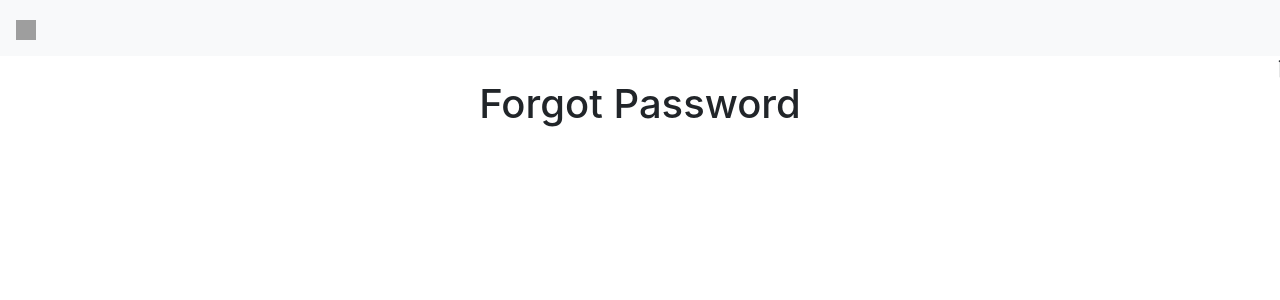
Repository: siri548/Karyakartha
Page: forgotPage.html
The author's editor kept a copy of each file at every save. The page is drawn from the files as they stood at one save, then again after a run of saves.
The browser window is 1280 px wide. The pictures show the whole page.
Pictures or frames that could not be fetched are drawn as grey boxes.

Above is the page before, as saved 2023-11-04 15:38:36.
Console error (its wording comes from the project's code and is left out).

After the next 2 saves:
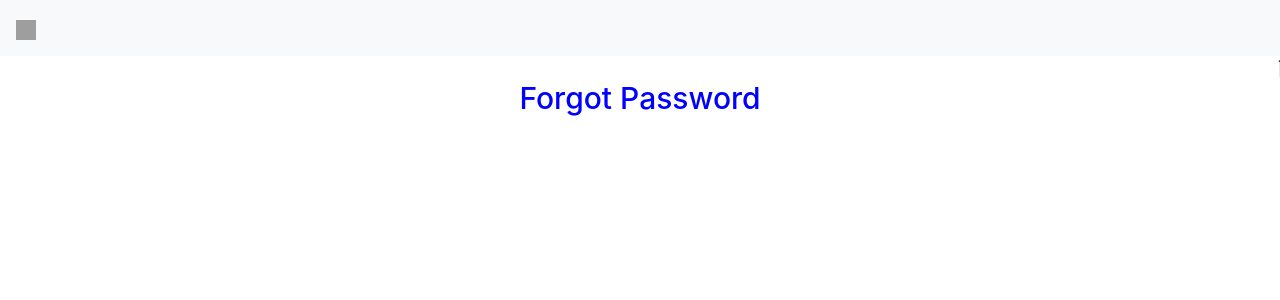
The 2 saves are shown as one change because they came seconds apart.
The last was saved 10 s later.
--- a/forgotPage.css
+++ b/forgotPage.css
@@ -31,4 +31,7 @@
     padding-right: 10px;
 }
 
-.forgotHeading {v}
+.forgotHeading {
+    color: blue;
+    font-size: 30px;
+}
